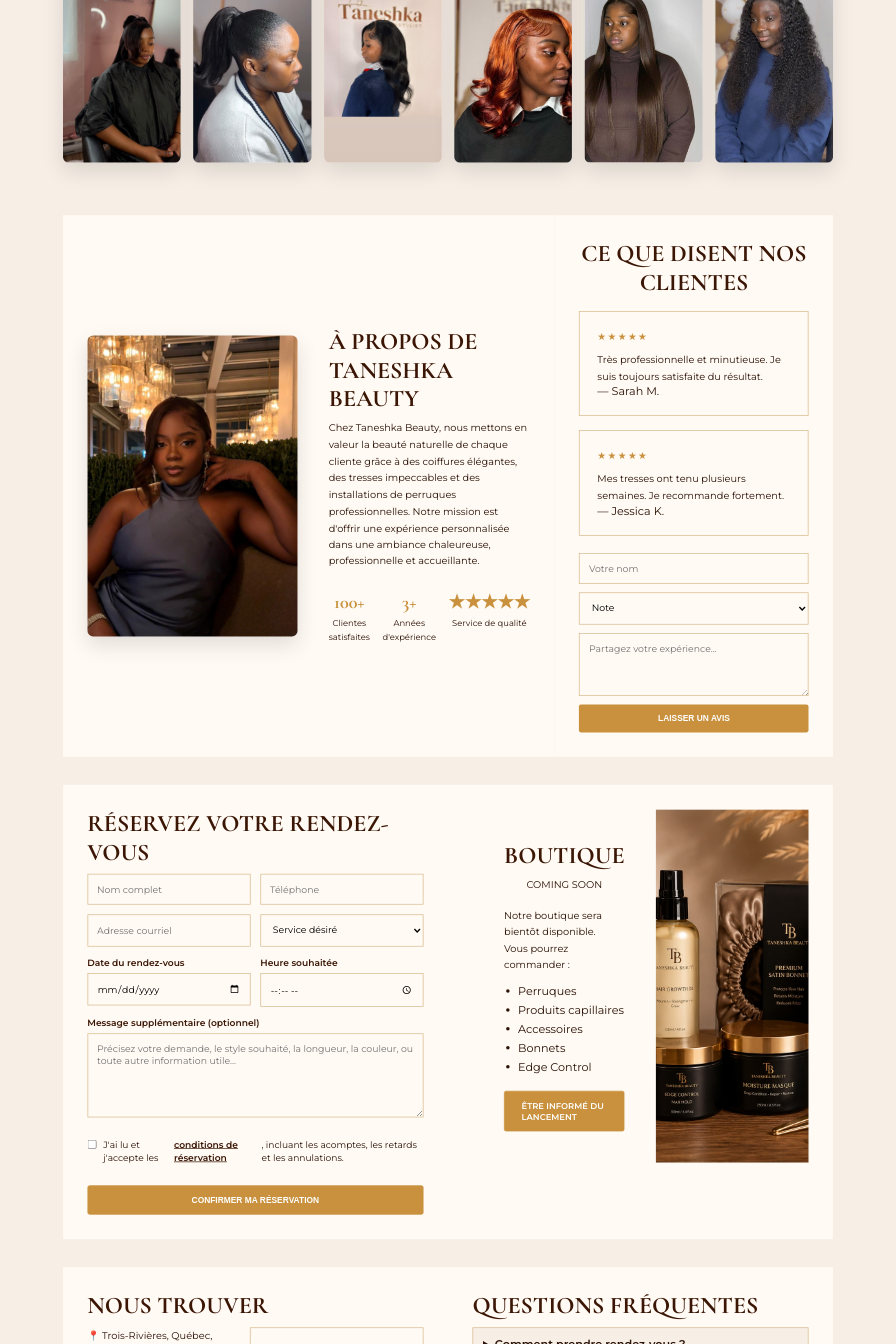
Repository: kngnepi/Taneshka-Beauty-House
Page: index.html
The author's editor kept a copy of each file at every save. The page is drawn from the files as they stood at one save, then again after the next save.
The browser window is 1280 px wide. The pictures show the part of the page from y = 1696 to 3616 px (the page is 4153 px tall before and 4471 px after), at 70% of full size.
Pictures or frames that could not be fetched are drawn as grey boxes.

Above is the page before, as saved 2026-07-05 21:27:41.

After the next save:
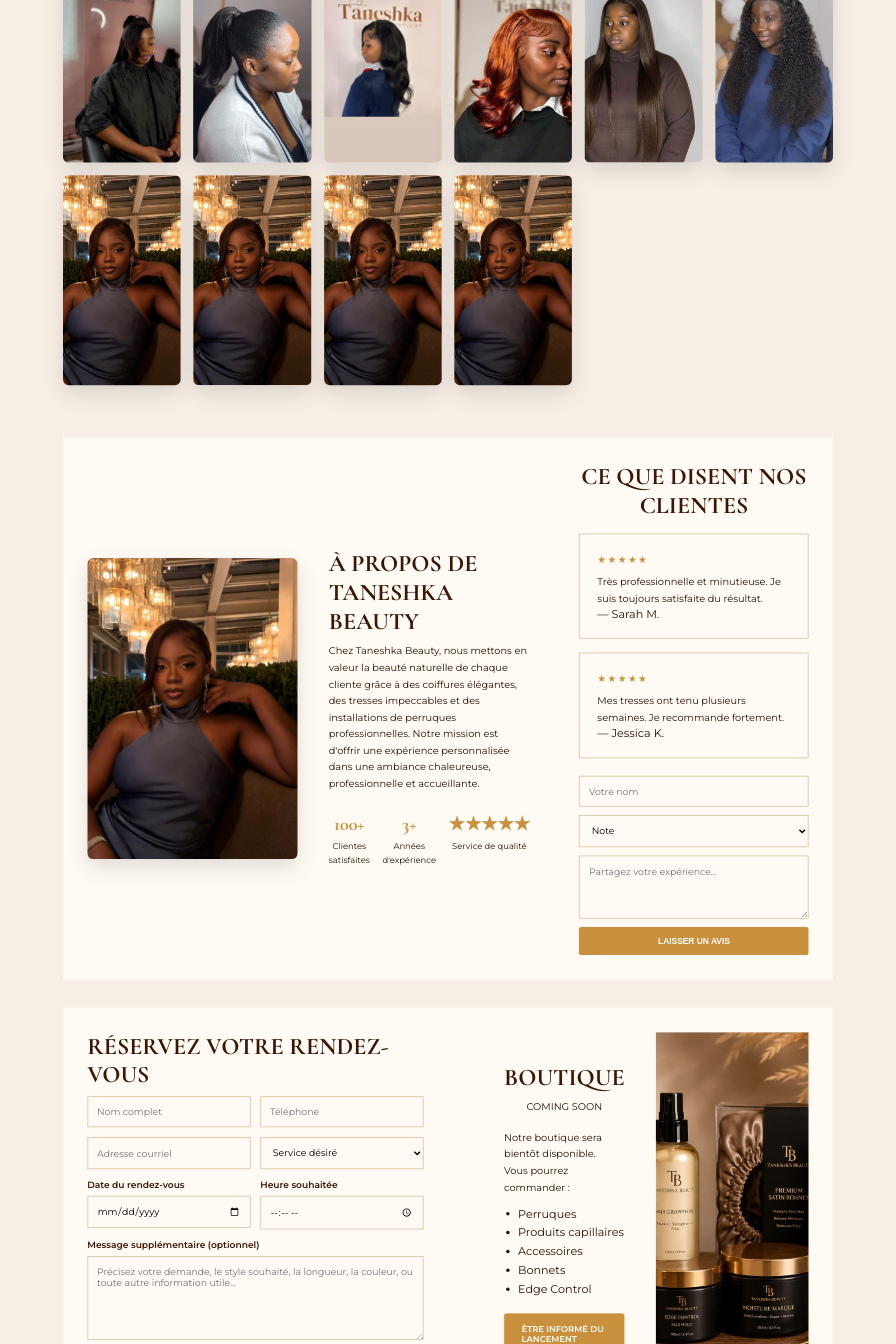
Saved 20 min 19 s later.
--- a/index.html
+++ b/index.html
@@ -118,6 +118,12 @@
     <div class="portfolio-item" data-category="perruques"></div>
     <div class="portfolio-item" data-category="perruques"></div>
     <div class="portfolio-item" data-category="perruques"></div>
+    <div class="portfolio-item" data-category="perruques"></div>
+    <div class="portfolio-item" data-category="tresses"></div>
+    <div class="portfolio-item" data-category="tresses"></div>
+    <div class="portfolio-item" data-category="perruques"></div>
+
+
   </div>
 </section>
 
